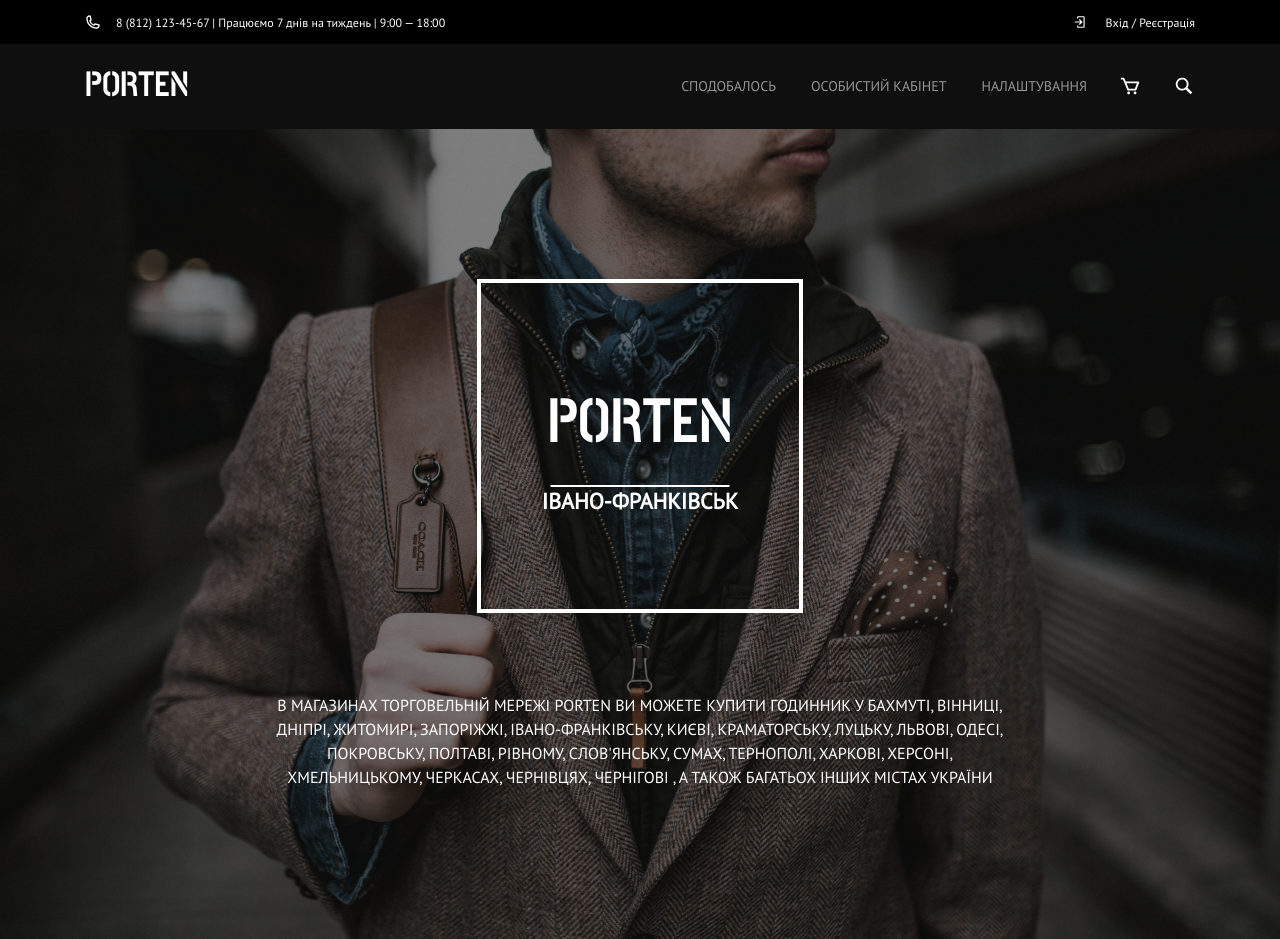
Repository: KYUUBI-K/porten
Page: index.html
An editor plug-in stored every save of this project. The page is shown before and after the next save, followed by the edit.
The browser window is 1280 px wide. The pictures show the whole page.

Above is the page before, as saved 2025-09-09 21:38:23.

After the next save:
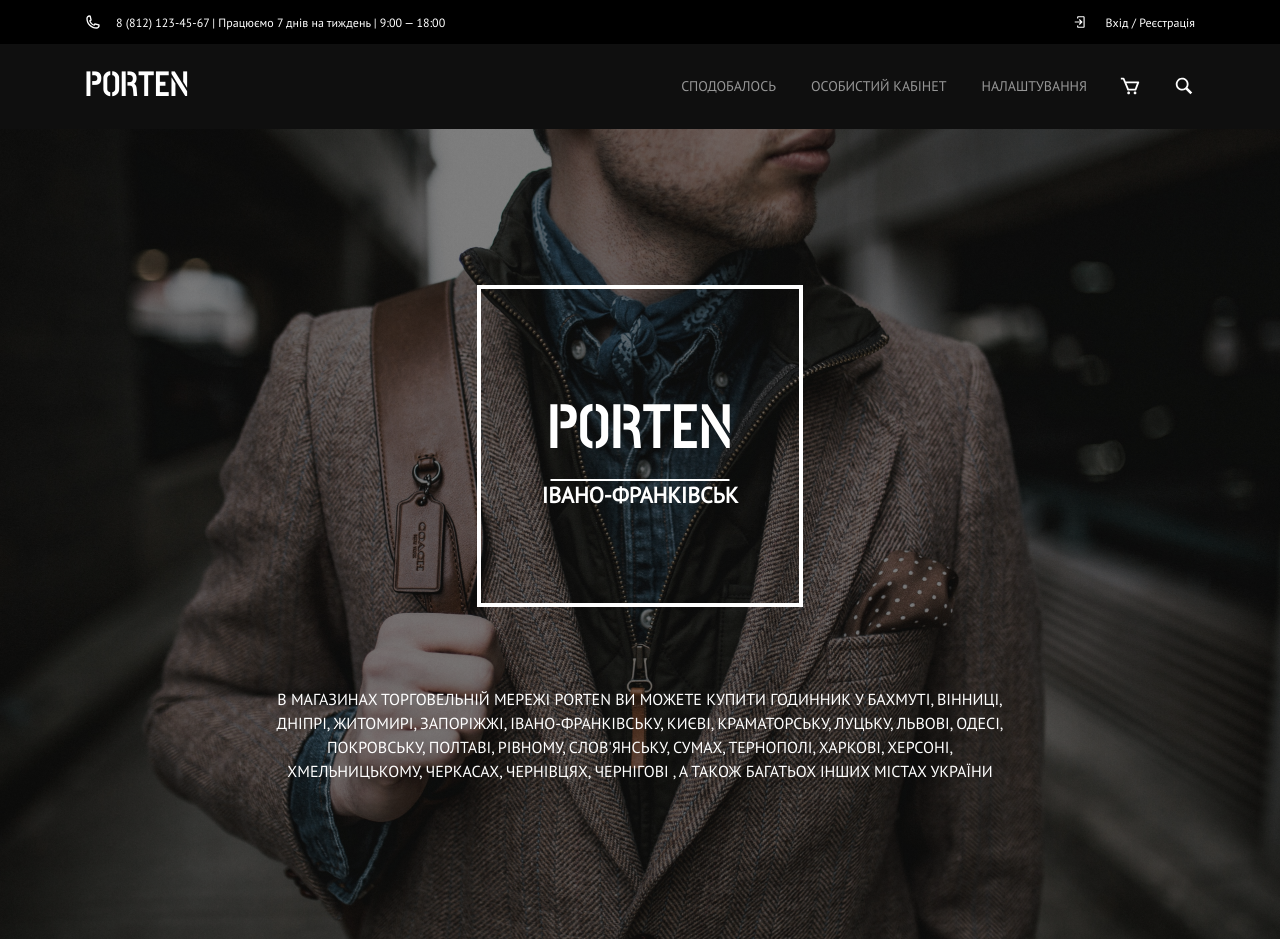
Saved 8 s later.
--- a/styles.css
+++ b/styles.css
@@ -150,7 +150,7 @@
   font-size: 64px;
   font-weight: 700;
   position: relative;
-  padding-bottom: 15px;
+  padding-bottom: 3px;
 }
 .banner-title::after {
   content: "";
